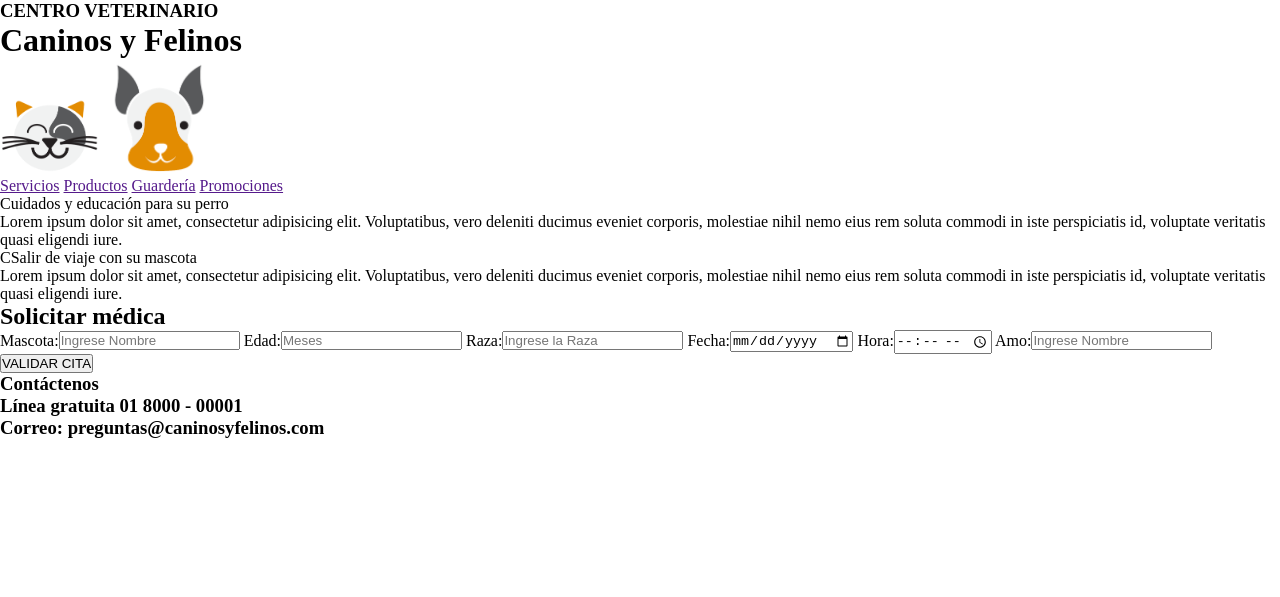
Repository: mariomr87/senaweb01
Page: principal.html
The author's editor kept a copy of each file at every save. The page is drawn from the files as they stood at one save, then again after a run of saves.
The browser window is 1280 px wide. The pictures show the whole page.

Above is the page before, as saved 2021-09-26 19:13:58.

### principal.html
<!DOCTYPE html>
<html lang="en">
<head>
    <meta charset="UTF-8">
    <meta http-equiv="X-UA-Compatible" content="IE=edge">
    <meta name="viewport" content="width=device-width, initial-scale=1.0">
    <link rel="stylesheet" href="estilos.css">
    <title>Document</title>
</head>
<body>
    <div>
        <header>
            <div id="cabecera">
                <h3>CENTRO VETERINARIO</h3>
                <h1>Caninos y Felinos</h1>
                <img src="./imagenes/cat_white.png" alt="">
                <img src="./imagenes/dog_white.png" alt="">
            </div>
        </header>
        <nav>
            <td>
                <tr><a href="">Servicios</a></tr>
                <tr><a href="">Productos</a></tr>
                <tr><a href="">Guardería</a></tr>
                <tr><a href="">Promociones</a></tr>
            </td>
        </nav>
        <section>
            <article>
                <p>Cuidados y educación para su perro</p>
                <p>Lorem ipsum dolor sit amet, consectetur adipisicing elit. Voluptatibus, vero deleniti ducimus eveniet corporis, molestiae nihil nemo eius rem soluta commodi in iste perspiciatis id, voluptate veritatis quasi eligendi iure.</p>
            </article>
            <article>
                <p>CSalir de viaje con su mascota</p>
                <p>Lorem ipsum dolor sit amet, consectetur adipisicing elit. Voluptatibus, vero deleniti ducimus eveniet corporis, molestiae nihil nemo eius rem soluta commodi in iste perspiciatis id, voluptate veritatis quasi eligendi iure.</p>
            </article>
        </section>
        <aside>
            <form action="">
                <div><h2>Solicitar médica</h2></div>
                <div>
                    <label for="mascota_name">Mascota:</label><input type="text" placeholder="Ingrese Nombre" id="">
                    <label for="age_pet">Edad:</label><input type="number" name="" id="" placeholder="Meses">
                    <label for="raza_pet">Raza:</label><input type="text" name="" id="" placeholder="Ingrese la Raza">
                    <label for="fecha_ingreso_pet">Fecha:</label><input type="date" name="" id="">
                    <label for="hora_ingreso_pet">Hora:</label><input type="time" name="" id="">
                    <label for="amo_pet">Amo:</label><input type="text" name="" id="" placeholder="Ingrese Nombre">
                    <button type="submit">VALIDAR CITA</button>
                </div>
            </form>
        </aside>
        <footer>
            <h3>Contáctenos</h3>
            <h3>Línea gratuita 01 8000 - 00001</h3>
            <h3>Correo: preguntas@caninosyfelinos.com</h3>
        </footer>
    </div>
</body>
</html>

### estilos.css
*{
    margin: 0px;
    padding: 0px;
}

header div img{
    width: 8%;
}

#cabecera{
    background-image: "./imagenes/OPSEG70.jpg";

}

After the next 2 saves:
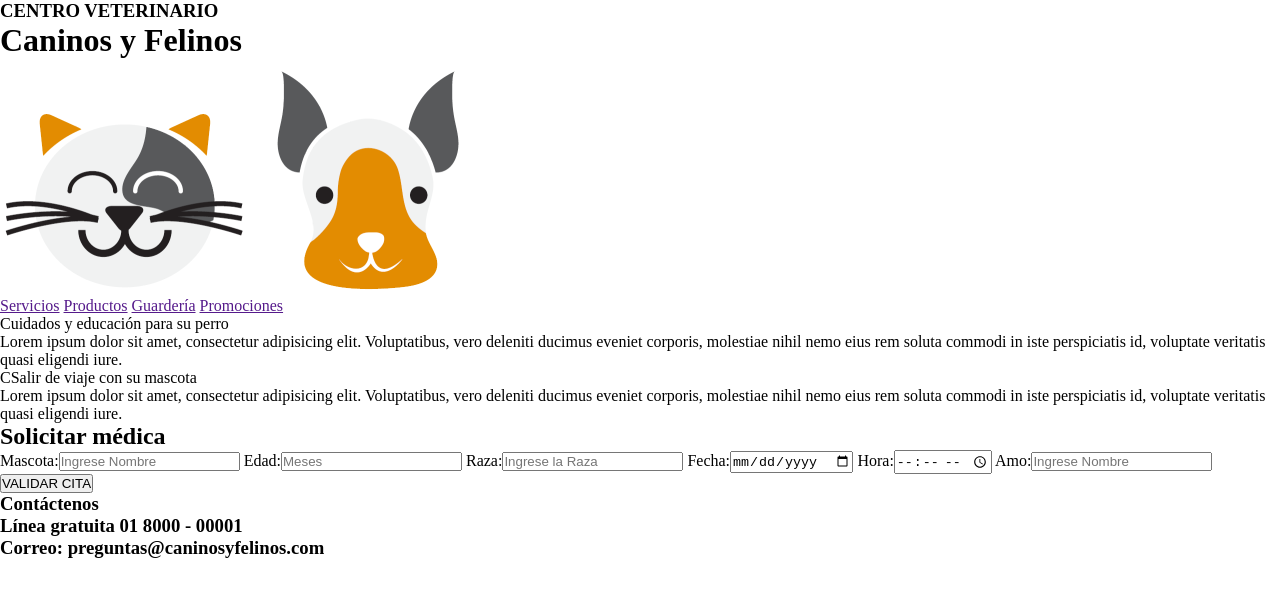
The 2 saves are shown as one change because they came seconds apart.
The last was saved 26 s later.
--- a/estilos.css
+++ b/estilos.css
@@ -4,7 +4,7 @@
 }
 
 header div img{
-    width: 8%;
+    width: %;
 }
 
 #cabecera{

After the save that followed:
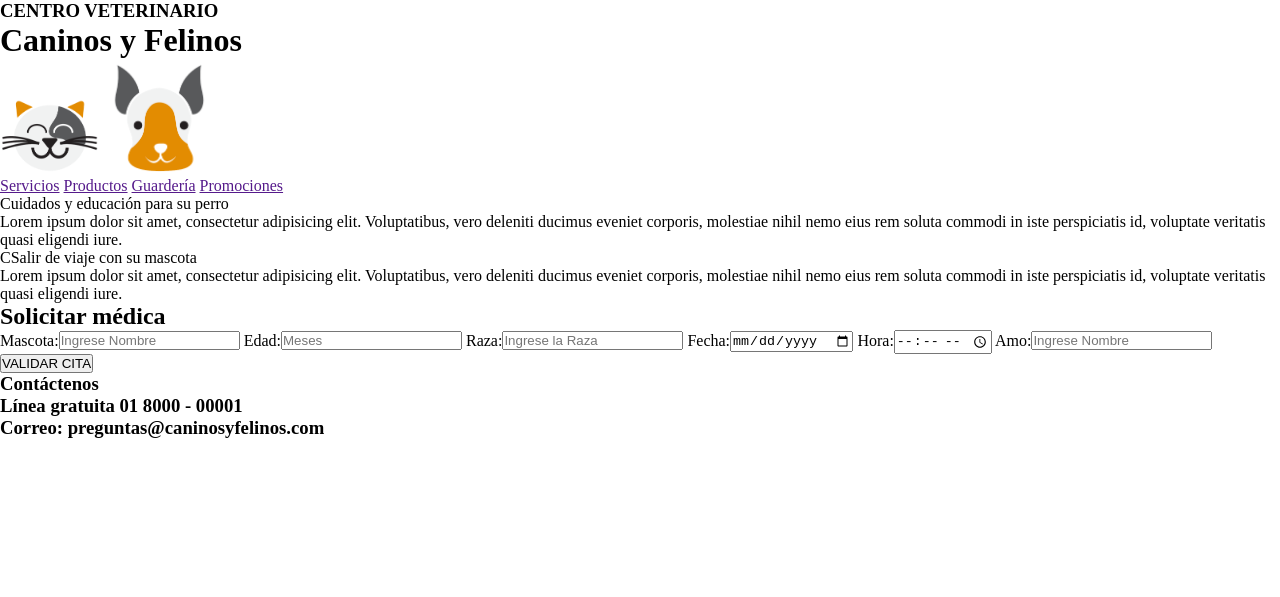
Saved 5 s later.
--- a/estilos.css
+++ b/estilos.css
@@ -4,7 +4,7 @@
 }
 
 header div img{
-    width: %;
+    width: 8%;
 }
 
 #cabecera{
